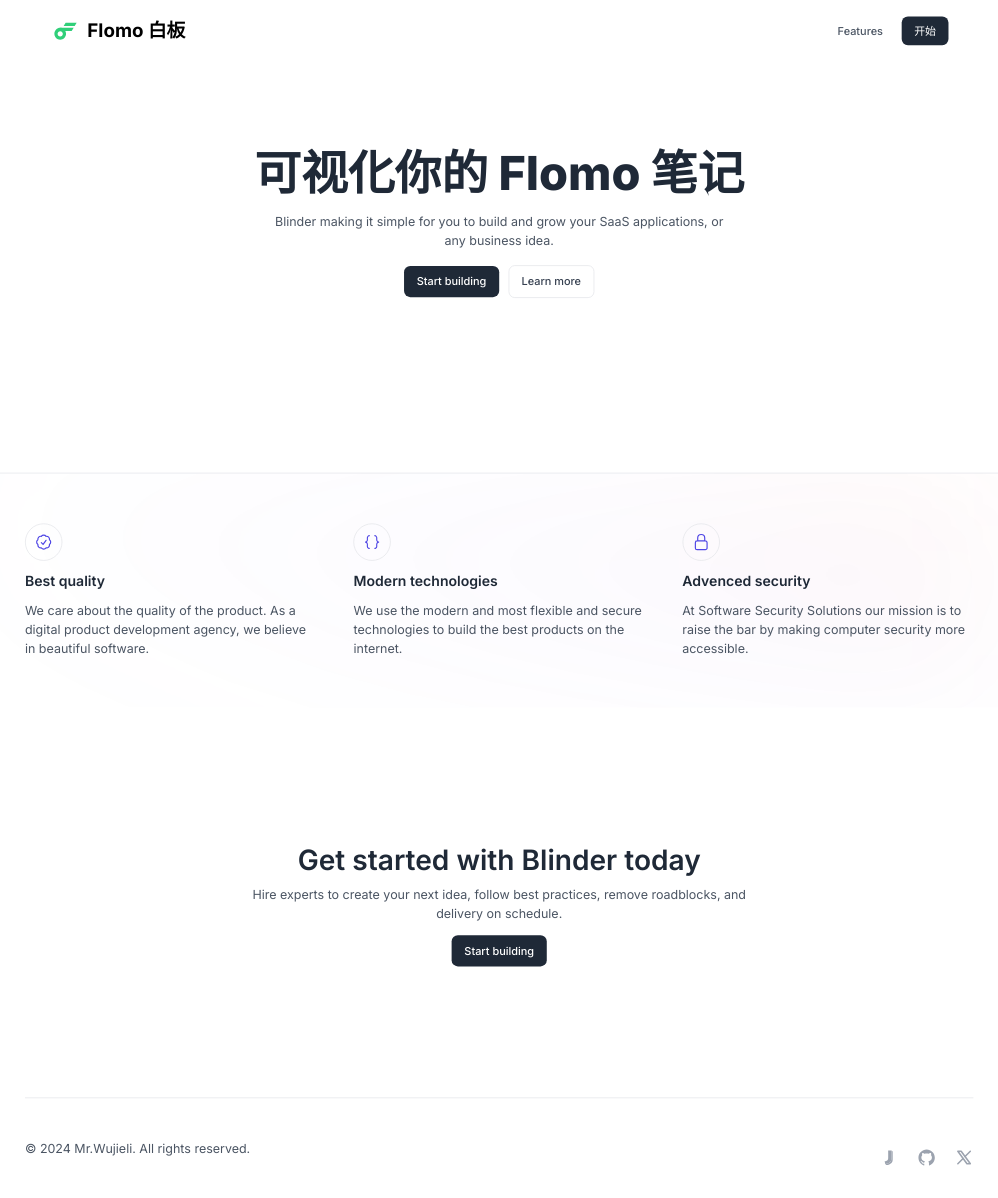
Repository: wujieli0207/flomo-board
Page: /
An editor plug-in stored every save of this project. The page is shown before and after the next save, followed by the edit.
The browser window is 1280 px wide. The pictures show the whole page, at 78% of full size.
The project was rebuilt for these pictures with package versions that can differ from the ones it lists, and the page was loaded fresh each time. The framework's server and built-in components were replaced by stand-ins that run in the browser. Also part of the build but not shown: next.config.mjs.

Above is the page before, as saved 2024-06-22 20:13:04.

After the next save:
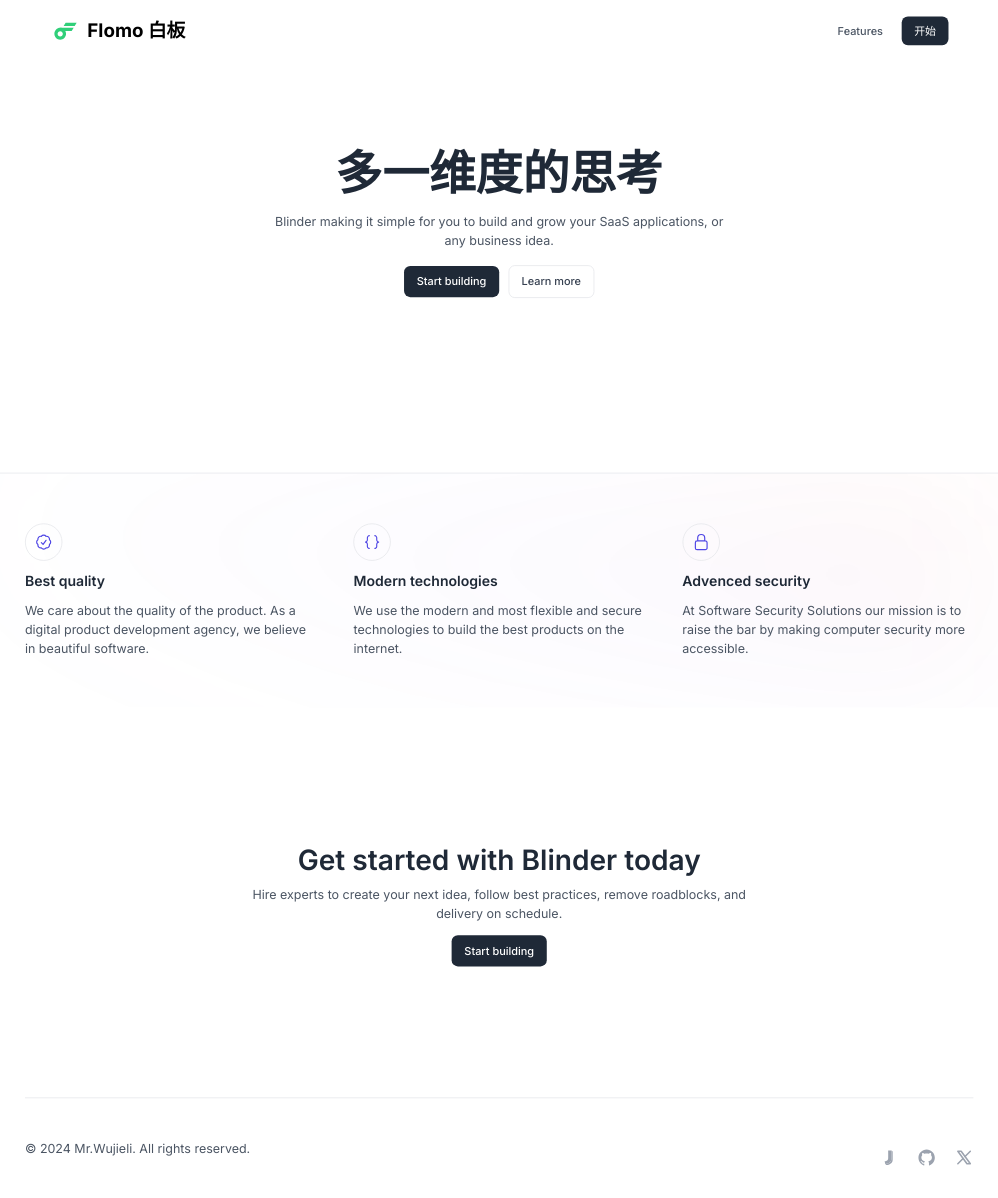
Saved 76 s later.
--- a/components/ui/Hero/index.tsx
+++ b/components/ui/Hero/index.tsx
@@ -5,7 +5,7 @@
     <div className="custom-screen py-28 text-gray-600">
       <div className="space-y-5 max-w-4xl mx-auto text-center">
         <h1 className="text-4xl text-gray-800 font-extrabold mx-auto sm:text-6xl">
-          可视化你的 Flomo 笔记
+          多一维度的思考
         </h1>
         <p className="max-w-xl mx-auto">
           Blinder making it simple for you to build and grow your SaaS
